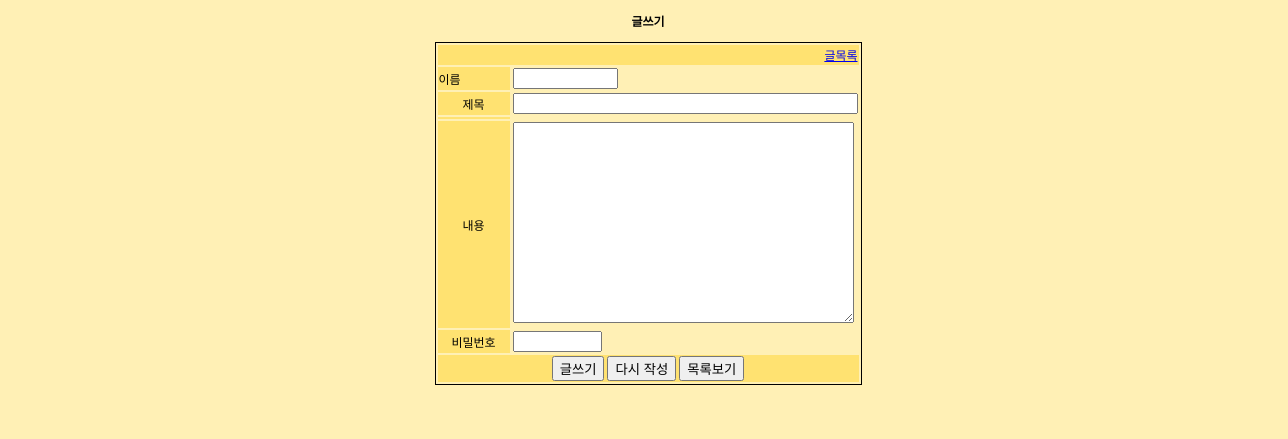
Repository: matodale/StudyJSP
Page: http://localhost/StudyJSP/ch13/writeForm.jsp
The author's editor kept a copy of each file at every save. The page is drawn from the files as they stood at one save, then again after the next save.
The browser window is 1280 px wide. The page is 1288 px wide, so the pictures cover 1288 px, including what lies to the right of the window. The pictures show the whole page.
The page is served by Tomcat 9.

Above is the page before, as saved 2022-12-24 11:03:18.

After the next save:
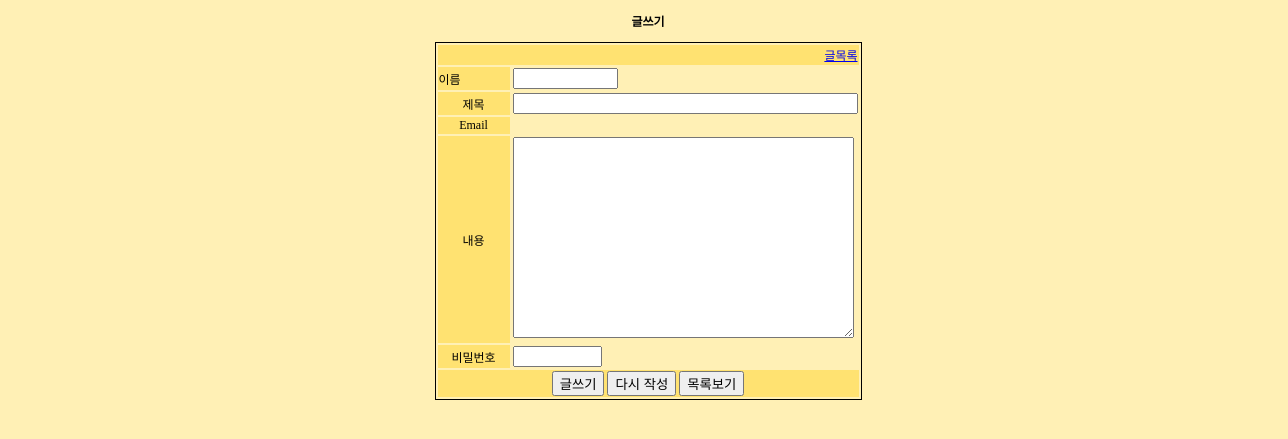
Saved 8 s later.
--- a/StudyJSP/src/main/webapp/ch13/writeForm.jsp
+++ b/StudyJSP/src/main/webapp/ch13/writeForm.jsp
@@ -56,7 +56,7 @@
 				</td>
 			</tr>
 			<tr>
-				<td width="70" bgcolor="<%=value_c%>" align="center"></td>
+				<td width="70" bgcolor="<%=value_c%>" align="center">Email</td>
 			</tr>
 			<tr>
 				<td width="70" bgcolor="<%=value_c%>" align="center">내용</td>
